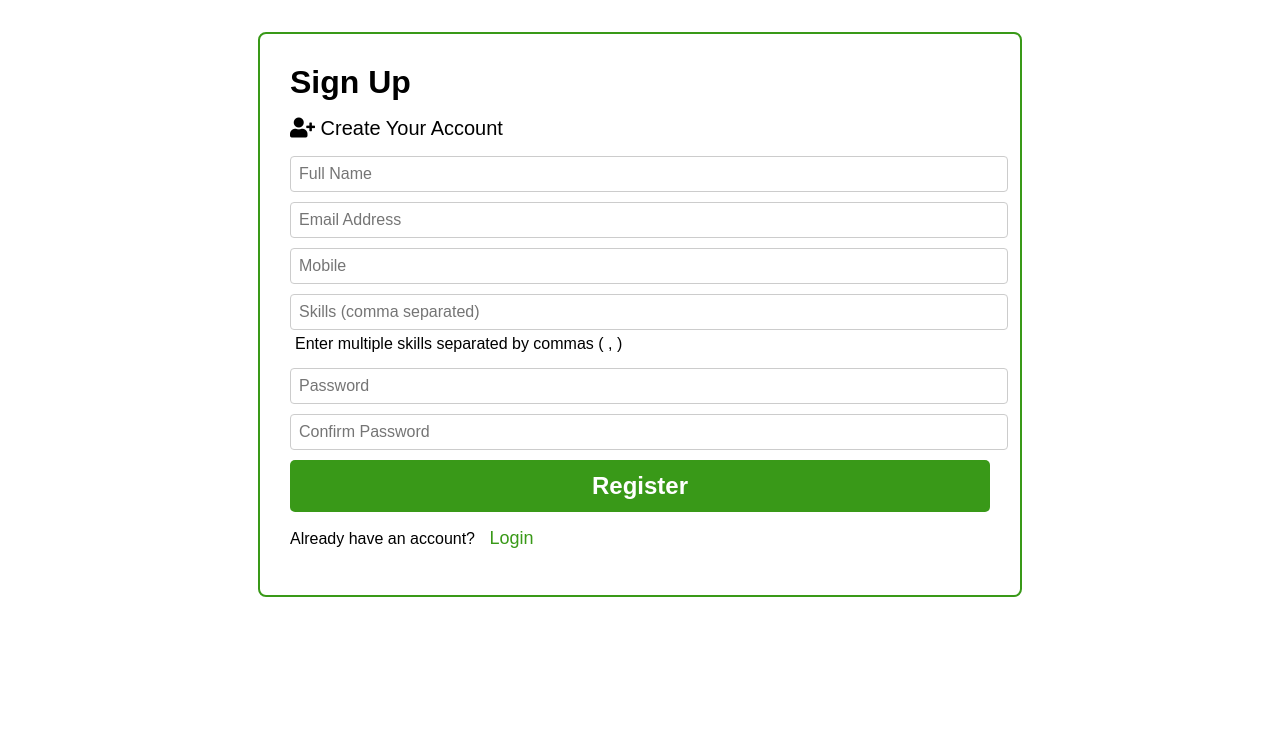
Repository: sayyad-mukthumsa-123/DevMania
Page: /register (app in frontend/)
An editor plug-in stored every save of this project. The page is shown before and after the next save, followed by the edit.
The browser window is 1280 px wide. The pictures show the whole page.
The project was rebuilt for these pictures with package versions that can differ from the ones it lists, and the page was loaded fresh each time. Also part of the build but not shown: frontend/src/pages/Home.js, frontend/src/pages/login.js, frontend/src/pages/Allprofiles.js, frontend/src/pages/MyProfile.js, frontend/src/pages/Indprofile.js.

Above is the page before, as saved 2025-02-28 23:59:38.

After the next save:
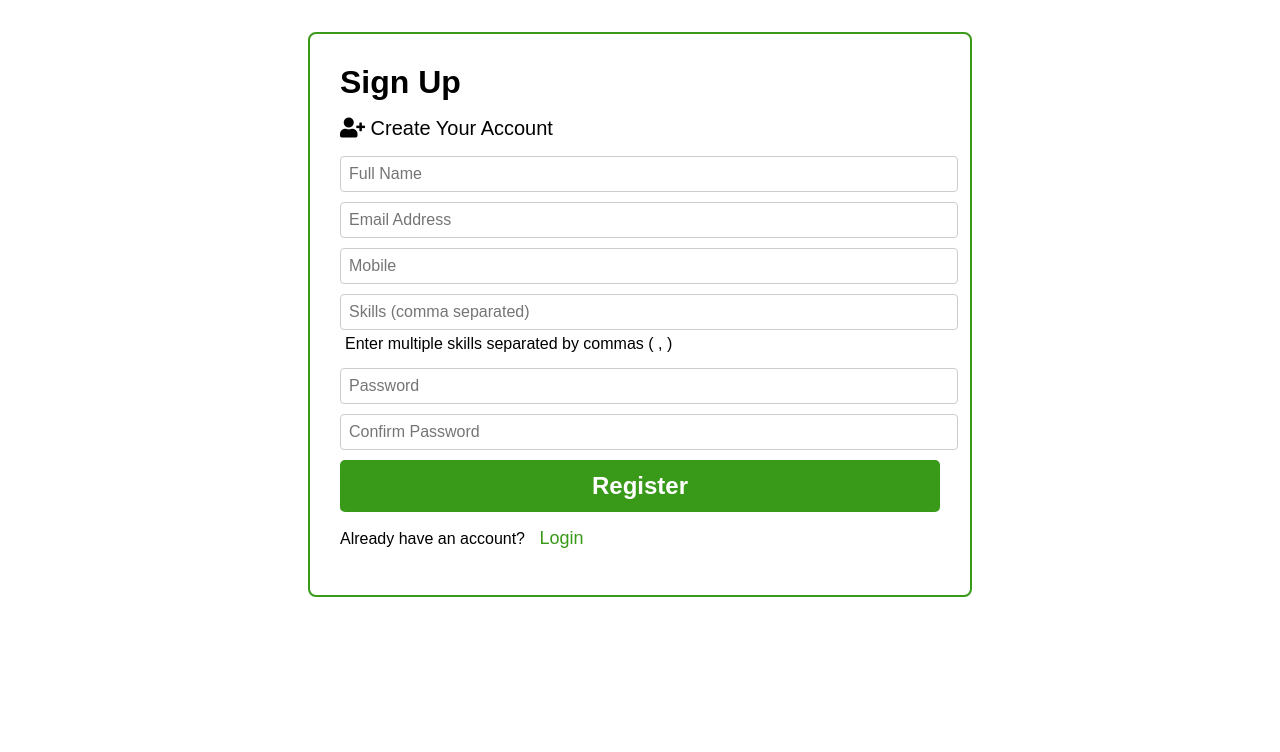
Saved 12 s later.
--- a/frontend/src/styles/styles.css
+++ b/frontend/src/styles/styles.css
@@ -183,7 +183,7 @@ body, html {
 
 /* Container styles */
 .container {
-  width: 700px;
+  width: 600px;
   margin: 2rem auto;
   padding: 30px;
   border: 2px solid #399918;
